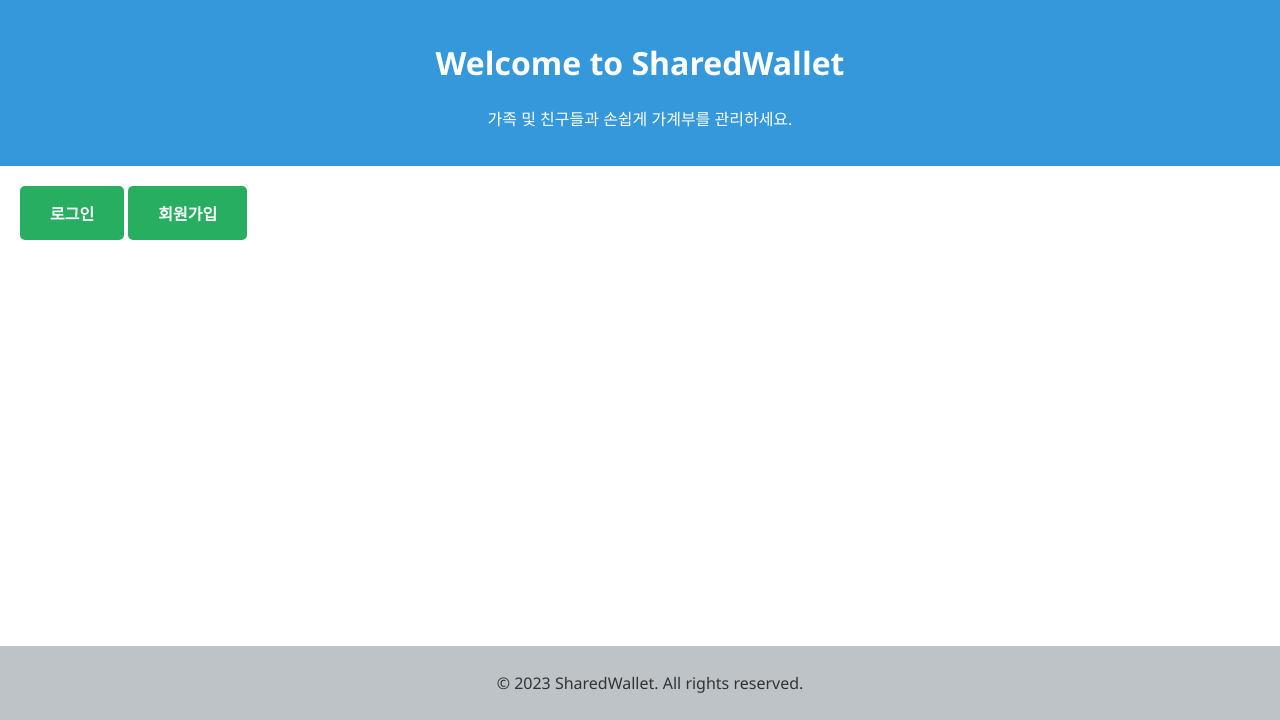
Repository: YoonHakyoung/SharedWallet
Page: http://localhost/Final_Exam/WEB-INF/views/home.jsp
These files come from the project's save history. The page is drawn as it stood at one moment and after the next save; the edit follows.
The browser window is 1280 px wide. The pictures show the whole page.
The page is served by Tomcat 9. Nobody is signed in. The template is opened directly, without the code that normally fills it, so the values that code supplies are empty.

Above is the page before, as saved 2023-12-08 12:44:03.

After the next save:
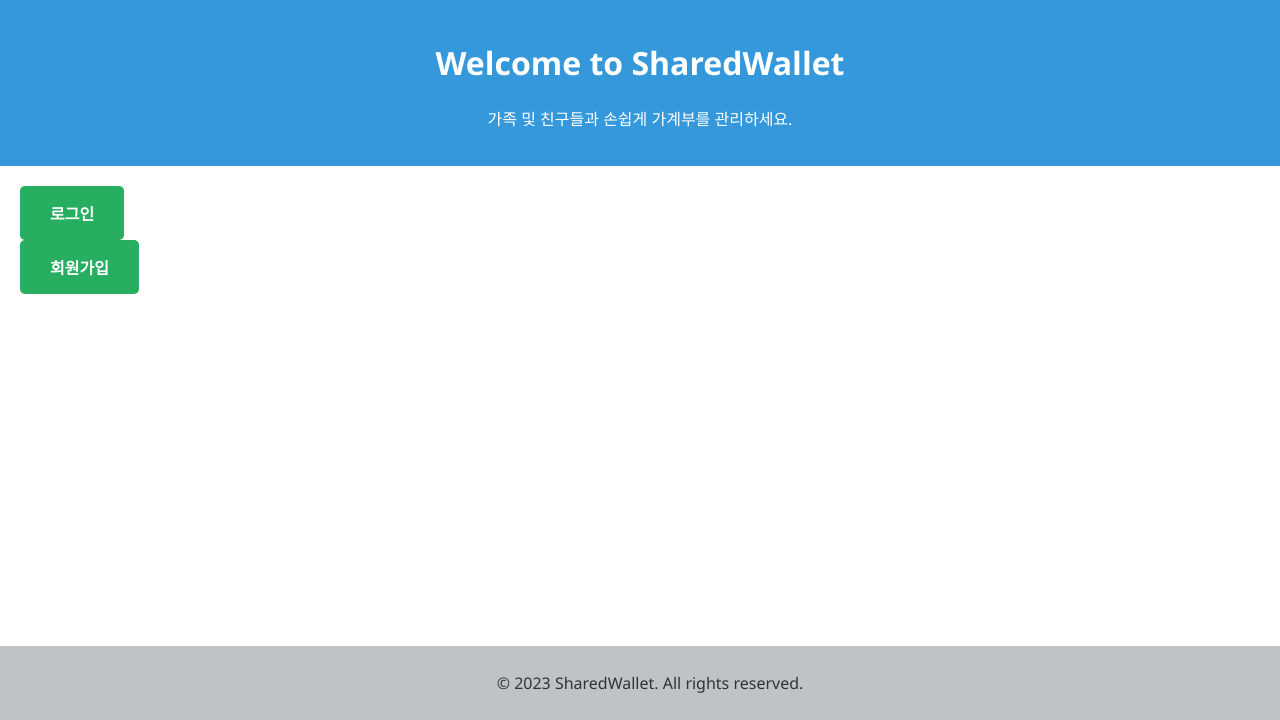
Saved 44 s later.
--- a/Spring/Project/Final Exam/src/main/webapp/WEB-INF/views/home.jsp
+++ b/Spring/Project/Final Exam/src/main/webapp/WEB-INF/views/home.jsp
@@ -18,7 +18,7 @@
 <main>
     <!-- 로그인 및 회원가입 버튼 -->
     <div>
-        <a href="/myweb/member/loginForm" class="button login">로그인</a>
+        <a href="/myweb/member/loginForm" class="button login">로그인</a><br>
         <a href="/myweb/member/signupForm" class="button signup">회원가입</a>
     </div>
 </main>
